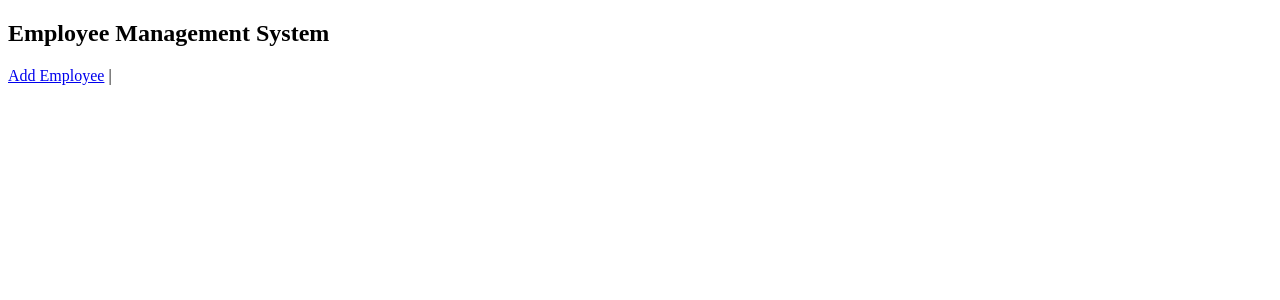
Repository: sefali123456/simpleRestApi123
Page: Servers/EmployeeManagementSystem/src/main/webapp/index.html
These files come from the project's save history. The page is drawn as it stood at one moment and after the next save; the edit follows.
The browser window is 1280 px wide. The pictures show the whole page.

Above is the page before, as saved 2023-12-10 16:26:36.

### Servers/EmployeeManagementSystem/src/main/webapp/index.html
<!DOCTYPE html>
<html>
<head>
<meta charset="UTF-8">
<title>Insert title here</title>
</head>
<body>
<h2>Employee Management System</h2>
<a href="addEmployee.jsp">Add Employee</a> |
</body>
</html>

After the next save:
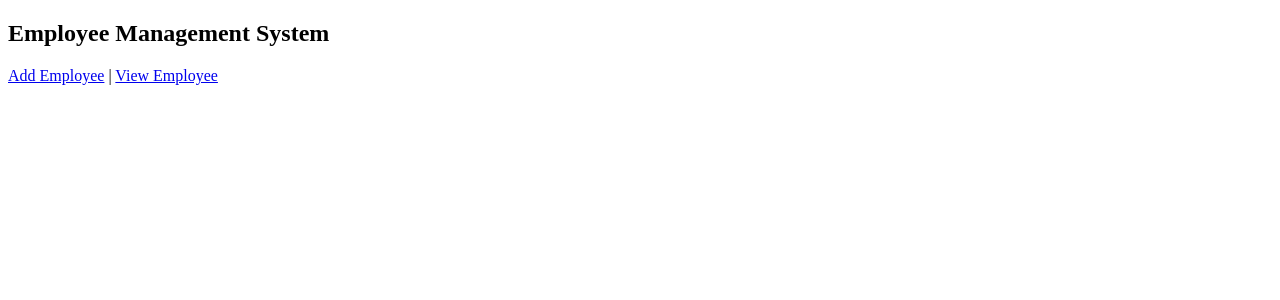
Saved 57 s later.
--- a/Servers/EmployeeManagementSystem/src/main/webapp/index.html
+++ b/Servers/EmployeeManagementSystem/src/main/webapp/index.html
@@ -7,5 +7,6 @@
 <body>
 <h2>Employee Management System</h2>
 <a href="addEmployee.jsp">Add Employee</a> |
+<a href="EmployeeController">View Employee</a>
 </body>
 </html>
